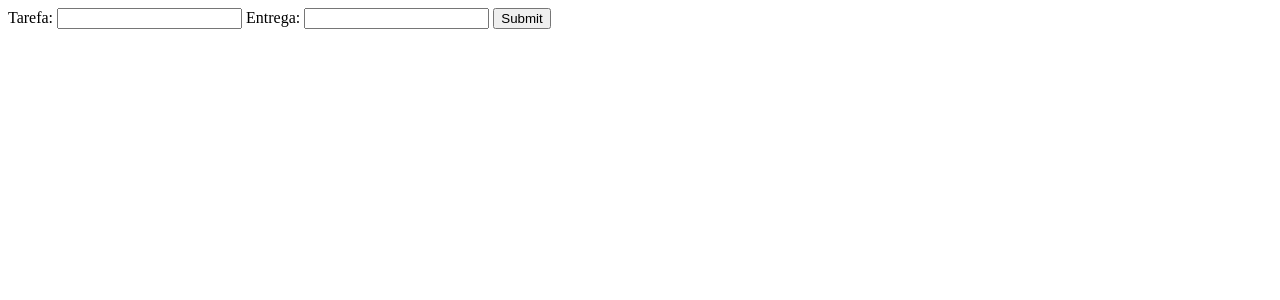
Repository: sophiaks/CRUD
Page: WorkspaceP1/Projeto1/WebContent/form.html
An editor plug-in stored every save of this project. The page is shown before and after the next save, followed by the edit.
The browser window is 1280 px wide. The pictures show the whole page.

Above is the page before, as saved 2020-09-20 18:41:51.

### WorkspaceP1/Projeto1/WebContent/form.html
<!DOCTYPE html>
<html>
<head>
<meta charset="ISO-8859-1">
<title>Tarefa</title>
</head>
<body>
	<form action="/WEB-INF/views/lista.jsp">
		Tarefa: <input type="text" name="tarefa"/>
		Entrega: <input type="text" name="entrega"/>
		<input type="submit" />
	</form>
</body>
</html>

After the next save:
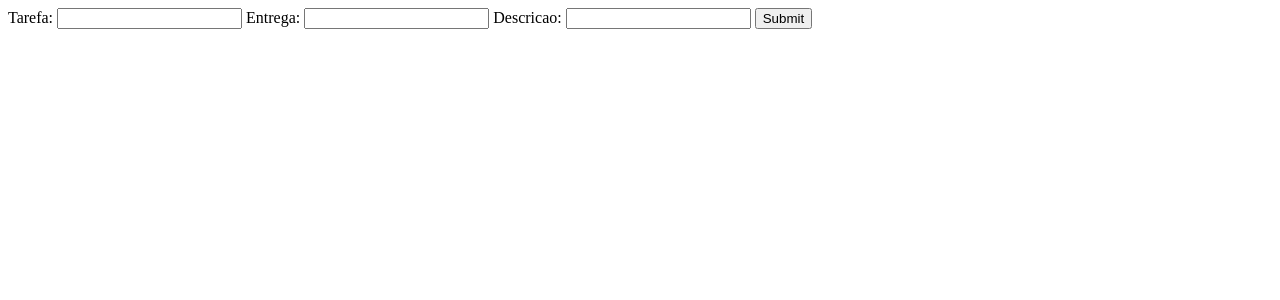
Saved 19 s later.
--- a/WorkspaceP1/Projeto1/WebContent/form.html
+++ b/WorkspaceP1/Projeto1/WebContent/form.html
@@ -8,6 +8,7 @@
 	<form action="/WEB-INF/views/lista.jsp">
 		Tarefa: <input type="text" name="tarefa"/>
 		Entrega: <input type="text" name="entrega"/>
+		Descricao: <input type="text" name="descricao"/>
 		<input type="submit" />
 	</form>
 </body>
